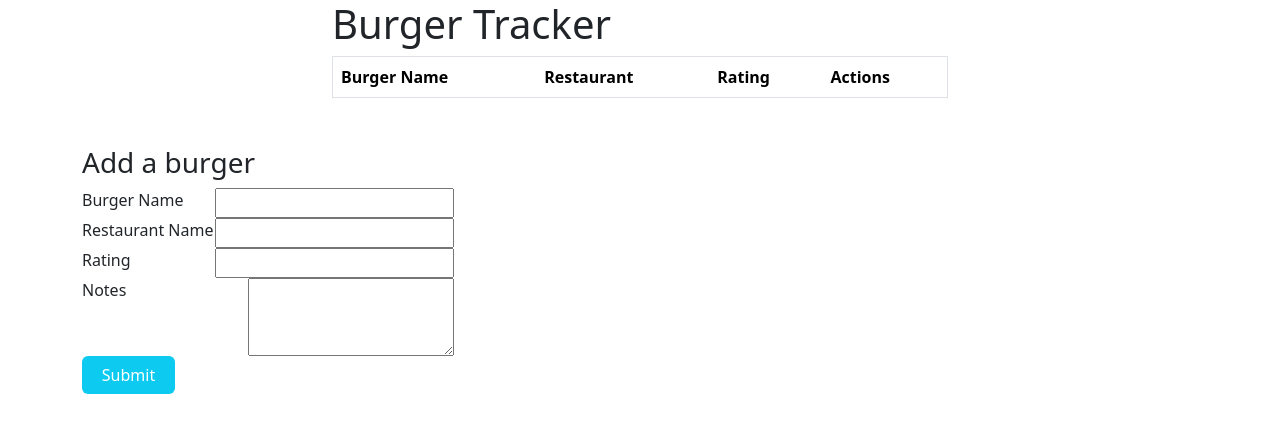
Repository: Hokusai12/Java_Dojo
Page: http://localhost/burgertracker/WEB-INF/index.jsp
The author's editor kept a copy of each file at every save. The page is drawn from the files as they stood at one save, then again after the next save.
The browser window is 1280 px wide. The pictures show the whole page.
The page is served by Tomcat 9. Nobody is signed in. Other server files are loaded and not shown. The template is opened directly, without the code that normally fills it, so the values that code supplies are empty.

Above is the page before, as saved 2023-03-05 20:34:36.

### Spring/MVC/burgertracker/src/main/webapp/WEB-INF/index.jsp
<%@ page language="java" contentType="text/html; charset=ISO-8859-1"
	pageEncoding="ISO-8859-1"%>
<%@ taglib prefix="c" uri="http://java.sun.com/jsp/jstl/core"%>
<%@ taglib prefix="form" uri="http://www.springframework.org/tags/form"%>
<%@ page isErrorPage="true"%>
<!DOCTYPE html>
<html>
<head>
<meta charset="ISO-8859-1">
<link
	href="https://cdn.jsdelivr.net/npm/bootstrap@5.3.0-alpha1/dist/css/bootstrap.min.css"
	rel="stylesheet"
	integrity="sha384-GLhlTQ8iRABdZLl6O3oVMWSktQOp6b7In1Zl3/Jr59b6EGGoI1aFkw7cmDA6j6gD"
	crossorigin="anonymous">
<title>Burgerator</title>
</head>
<body>
	<div class="container col-6">
		<h1>Burger Tracker</h1>
		<table class="table border">
			<thead>
				<tr>
					<th>Burger Name</th>
					<th>Restaurant</th>
					<th>Rating</th>
					<th>Actions</th>
				</tr>
			</thead>
			<tbody>
				<c:forEach items="${burgers}" var="burger">
					<tr>
						<td>${burger.name}</td>
						<td>${burger.restaurant}</td>
						<td>${burger.rating}</td>
						<td><a href="/burgers/edit/${burger.id}">Edit</a></td>
					</tr>
				</c:forEach>
			</tbody>
		</table>
	</div>
	<div class="container mt-5 d-flex flex-column align-content-center">
		<h3>Add a burger</h3>
		<form:form class="col-4 d-flex flex-column" action="/" method="POST"
			modelAttribute="burger">
			<div class="d-flex justify-content-between">
				<form:label path="name">Burger Name</form:label>
				<form:input type="text" path="name" />
			</div>
			<form:errors class="text-danger" path="name" />
			<div class="d-flex justify-content-between">
				<form:label path="restaurant">Restaurant Name</form:label>
				<form:input type="text" path="restaurant" />
			</div>
			<form:errors class="text-danger" path="restaurant" />
			<div class="d-flex justify-content-between">
				<form:label path="rating">Rating</form:label>
				<form:input type="text" path="rating" step="0.1"/>
			</div>
			<form:errors class="text-danger" path="rating" />
			<div class="d-flex justify-content-between">
				<form:label path="notes">Notes</form:label>
				<form:textarea path="notes" id="notes" cols="20" rows="3"></form:textarea>
			</div>
			<form:errors class="text-danger" path="notes" />
			<input
				class="col-3 btn bg-info text-white <align-self-end></align-self-end>"
				type="submit" value="Submit" />
		</form:form>
	</div>
</body>
</html>

After the next save:
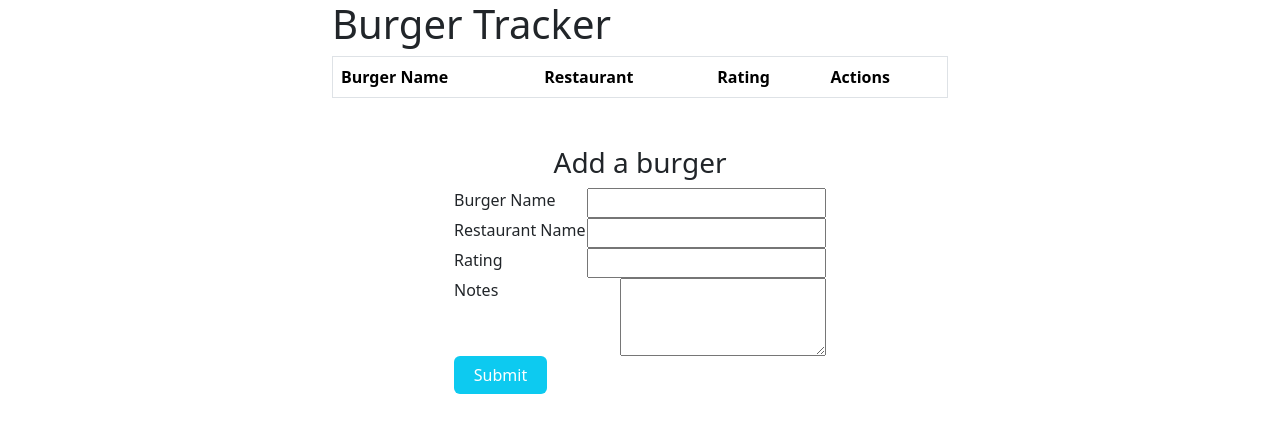
Saved 8 s later.
--- a/Spring/MVC/burgertracker/src/main/webapp/WEB-INF/index.jsp
+++ b/Spring/MVC/burgertracker/src/main/webapp/WEB-INF/index.jsp
@@ -38,7 +38,7 @@
 			</tbody>
 		</table>
 	</div>
-	<div class="container mt-5 d-flex flex-column align-content-center">
+	<div class="container mt-5 d-flex flex-column align-items-center">
 		<h3>Add a burger</h3>
 		<form:form class="col-4 d-flex flex-column" action="/" method="POST"
 			modelAttribute="burger">
